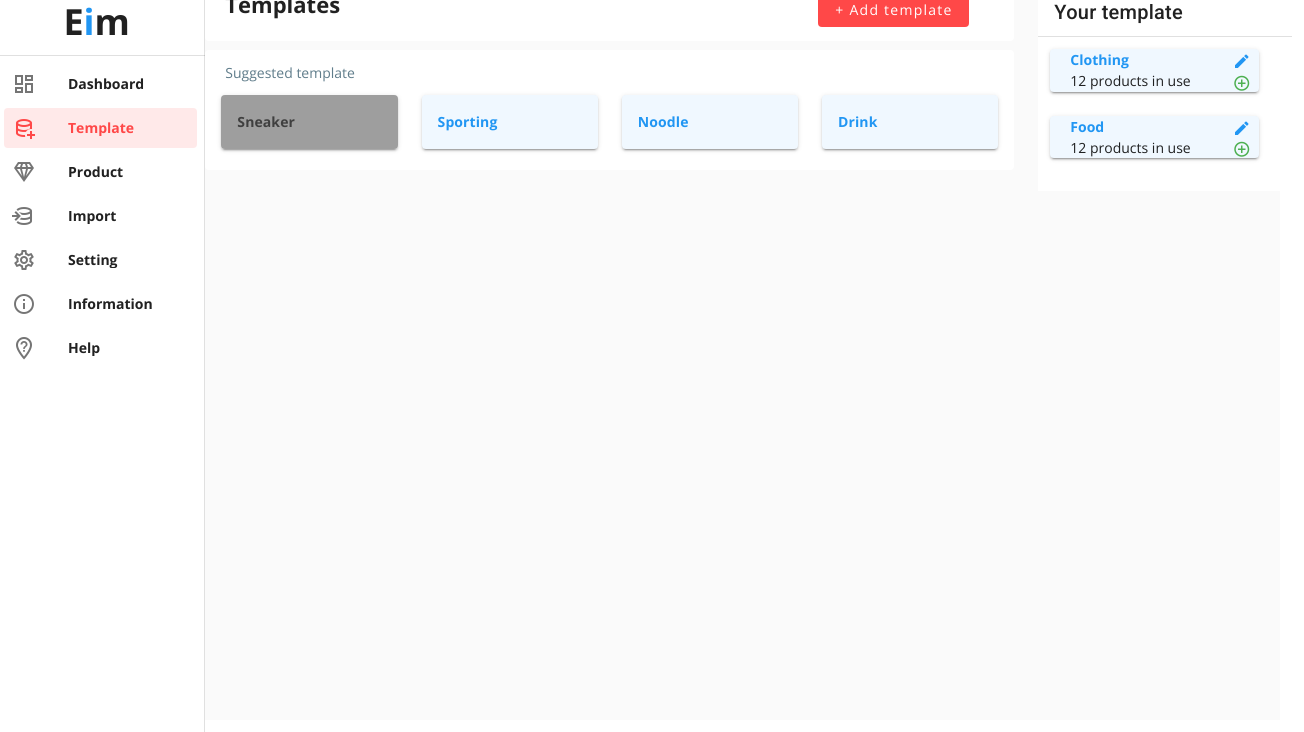
Repository: nguyenphuong152/pim-template
Page: /template
The author's editor kept a copy of each file at every save. The page is drawn from the files as they stood at one save, then again after the next save.
The browser window is 1280 px wide. The page is 1304 px wide, so the pictures cover 1304 px, including what lies to the right of the window. The pictures show the whole page.
The project was rebuilt for these pictures with package versions that can differ from the ones it lists, and the page was loaded fresh each time. Also part of the build but not shown: vue.config.js, src/views/Home.vue, src/components/Outcome_1/ListComponent.vue, src/components/Outcome_1/AddInfo.vue, src/components/Outcome_1/AddDetail.vue, src/components/Outcome_1/ListComponentProgressive.vue, src/components/Outcome_1/CreateRegion.vue, src/components/Outcome_1/SneakerTemplate.vue and 18 more.

Above is the page before, as saved 2021-01-18 23:01:43.

### public/index.html
<!DOCTYPE html>
<html lang="en">
  <head>
    <meta charset="utf-8" />
    <meta http-equiv="X-UA-Compatible" content="IE=edge" />
    <meta name="viewport" content="width=device-width,initial-scale=1.0" />
    <link rel="icon" href="<%= BASE_URL %>favicon.ico" />
    <link rel="preconnect" href="https://fonts.gstatic.com" />
    <link rel="preconnect" href="https://fonts.gstatic.com" />
    <link rel="preconnect" href="https://fonts.gstatic.com" />
    <link
      href="https://fonts.googleapis.com/css2?family=Open+Sans:wght@300;400;600;700;800&display=swap"
      rel="stylesheet"
    />
    <link
      href="https://fonts.googleapis.com/css?family=Montserrat:300,400,500,600,700"
      rel="stylesheet"
    />
    <title><%= htmlWebpackPlugin.options.title %></title>
    <link
      rel="stylesheet"
      href="https://fonts.googleapis.com/css?family=Roboto:100,300,400,500,700,900"
    />
    <link
      rel="stylesheet"
      href="https://cdn.jsdelivr.net/npm/@mdi/font@latest/css/materialdesignicons.min.css"
    />
  </head>
  <body>
    <noscript>
      <strong
        >We're sorry but <%= htmlWebpackPlugin.options.title %> doesn't work
        properly without JavaScript enabled. Please enable it to
        continue.</strong
      >
    </noscript>
    <div id="app"></div>
    <!-- built files will be auto injected -->
  </body>
</html>

### sass/style.scss
$font-primary: 'Open Sans',
sans-serif;

@import "~vuetify/src/styles/styles.sass";

$fontsize-content: 14px;
$fontsize-title: 24px;
$fontsize-logo:36px;
$fontsize-header:22px;
$fontsize-nav:20px;


#app {
  font-family: $font-primary;
   font-size:$fontsize-content;
  -webkit-font-smoothing: antialiased;
  -moz-osx-font-smoothing: grayscale;
  text-align: center;
  color: #2c3e50;
}

#nav {
  padding: 30px;
}

#nav a {
  font-weight: bold;
  color: #2c3e50;
}

#nav a.router-link-exact-active {
  color: #42b983;
}

.title {
  font: $font-primary !important;
  font-size: $fontsize-nav !important;
}

.logo {
  @extend .title;
  font-weight: 700 !important;
  font-size: $fontsize-logo !important;
}

.text-header {
  font: $font-primary !important;
  font-size: $fontsize-header !important;
  font-weight: 700;
}


.template-title {
  @extend .title;
  font-size: $fontsize-content !important;
}

### src/views/Outcome_1/CreateProductTemplate.vue
<template>
  <div>
    <v-row>
      <v-col height="100%"
        ><Search @showAddTemplate="showAddTemplate" />
        <br />
        <SuggestedTemplate @nameTemplate="getNameTemplate" :checkNull="name" />
        <br />
        <SneakerTemplate v-if="name === 'Sneaker'" />
        <SportingTemplate v-if="name === 'Sporting'" />
        <NoodleTemplate v-if="name === 'Noodle'" />
        <DrinkTemplate v-if="name === 'Drink'" />

        <CreateRegion v-if="this.show" />
      </v-col>
      <v-col cols="3" height="100%" class="hidden-xs-only">
        <YourTemplate :key="getKey" @showAddTemplate="showAddTemplate" />
      </v-col>
    </v-row>
  </div>
</template>

<script>
import Search from "../../components/Outcome_1/SearchTemplate";
import YourTemplate from "../../components/Outcome_1/YourTemplate";
import CreateRegion from "../../components/Outcome_1/CreateRegion";
import SuggestedTemplate from "../../components/Outcome_1/SuggestedTemplate";
import SneakerTemplate from "../../components/Outcome_1/SneakerTemplate";
import SportingTemplate from "../../components/Outcome_1/SportingTemplate";
import NoodleTemplate from "../../components/Outcome_1/NoodleTemplate";
import DrinkTemplate from "../../components/Outcome_1/DrinkTemplate";

export default {
  components: {
    Search,
    YourTemplate,
    CreateRegion,
    SuggestedTemplate,
    SneakerTemplate,
    SportingTemplate,
    NoodleTemplate,
    DrinkTemplate,
  },
  data() {
    return {
      show: false,
      name: "",
    };
  },
  methods: {
    showAddTemplate() {
      this.show = !this.show;
    },
    getNameTemplate(name) {
      this.name = name;
      this.show = !this.show;
    },
  },
  computed: {
    getKey() {
      console.log(this.$store.getters.key);
      return this.$store.getters.key;
    },
  },
};
</script>

### src/components/Outcome_1/SearchTemplate.vue
<template>
  <v-card class="text-start" height="65" flat>
    <v-row class="d-flex align-baseline">
      <v-col cols="9" class="text-header pl-8 " xs="4">Templates</v-col>
      <v-col class="px-0 hidden-xs-only">
        <v-btn
          depressed
          color="#FF4848"
          class="white--text text-none font-weight-medium"
          @click="showAddTemplate()"
        >
          + Add template</v-btn
        >
      </v-col>
      <v-col class="px-0 hidden-sm-and-up">
        <v-btn
          depressed
          text
          color="#FF4848"
          class="white--text text-none font-weight-medium"
          @click="showAddTemplate()"
          style="fontSize:28px"
        >
          +
        </v-btn>
      </v-col>
    </v-row>
  </v-card>
</template>

<script>
export default {
  methods: {
    showAddTemplate() {
      this.$store.dispatch("deleteListTemplate");
      this.$emit("showAddTemplate", true);
    },
  },
};
</script>

<style></style>

### src/components/Outcome_1/YourTemplate.vue
<template>
  <v-navigation-drawer permanent width="100%" right absolutes floating>
    <v-list-item>
      <v-list-item-content>
        <v-list-item-title class="title text-start">
          Your template
        </v-list-item-title>
      </v-list-item-content>
    </v-list-item>

    <v-divider></v-divider>

    <v-col v-for="(item, i) in items" :key="i" cols="11">
      <v-card color="#f0f8ff">
        <div class="d-flex flex-no-wrap justify-space-between">
          <div>
            <v-row>
              <v-col class="text-start pl-8">
                <span class="template-title font-weight-bold blue--text">{{
                  item.name
                }}</span>
                <br />
                <span class="font-weight-thin">{{ item.products }}</span>
              </v-col>
              <v-col class="text-end" cols="1">
                <v-tooltip bottom>
                  <template v-slot:activator="{ on, attrs }">
                    <v-icon
                      color="blue"
                      size="18"
                      @click="showAddTemplate()"
                      v-bind="attrs"
                      v-on="on"
                      >mdi-pencil</v-icon
                    >
                  </template>
                  <span>Edit template</span>
                </v-tooltip>

                <br />
                <v-tooltip bottom>
                  <template v-slot:activator="{ on, attrs }">
                    <v-icon
                      color="green"
                      size="18"
                      v-bind="attrs"
                      v-on="on"
                      @click="addProduct(item.name)"
                      >mdi-plus-circle-outline</v-icon
                    >
                  </template>
                  <span>Use this template to add new product</span>
                </v-tooltip>
              </v-col>
            </v-row>
          </div>
        </div>
      </v-card>
    </v-col>
  </v-navigation-drawer>
</template>

<script>
export default {
  data: () => ({
    listTemplate: [],
    items: [
      {
        name: "Clothing",
        products: "12 products in use",
      },
      {
        name: "Food",
        products: "12 products in use",
      },
    ],
  }),
  methods: {
    showAddTemplate() {
      this.$emit("showAddTemplate", true);
    },
    addProduct(text) {
      this.$router.push({
        name: "AddProduct",
        params: { name: text },
      });
    },
  },
  computed: {},
  created() {
    this.listTemplate = this.$store.getters.listTemplate;
    for (var i = 0; i < this.listTemplate.length; i++) {
      var element = {};
      element.name = this.listTemplate[i].name;
      element.products = "Add new product !";
      this.items.unshift(element);
    }
  },
};
</script>

### src/components/Outcome_1/SuggestedTemplate.vue
<template>
  <v-card class="text-start" :height="setHeight" flat>
    <v-row class="d-flex align-baseline">
      <v-col cols="7" class="pl-8 blue-grey--text">Suggested template</v-col>
      <v-col class="hidden-md-and-up px-0">
        <v-dialog v-model="dialog4" max-width="270px">
          <template v-slot:activator="{ on, attrs }">
            <v-icon color="blue" v-bind="attrs" v-on="on"
              >mdi-chevron-double-right</v-icon
            >
          </template>
          <v-card height="100%">
            <v-card-title style="fontSize:18px">
              Suggested Templates
              <v-spacer></v-spacer>
              <v-icon color="red" @click="dialog4 = false"
                >mdi-window-close</v-icon
              >
            </v-card-title>
            <v-divider></v-divider>
            <v-card-text style="height:500px;">
              <v-col>
                <v-card color="#f0f8ff" @click="check(name1)" width="200">
                  <v-card-text class="blue--text font-weight-bold">
                    {{ name1 }}
                  </v-card-text>
                </v-card>
                <v-dialog v-model="dialog" max-width="450">
                  <v-card>
                    <v-card-title class="text-start">
                      Your work can be lost!
                    </v-card-title>
                    <v-card-text class="text-start"
                      >Do you want to keep this draft?</v-card-text
                    >
                    <v-card-actions>
                      <v-spacer></v-spacer>
                      <v-btn
                        color="#EEEEEE"
                        @click="
                          dialog = false;
                          seeDetailReset(name1);
                        "
                        style="text-transform:none"
                        class="blue-grey--text"
                        elevation="0"
                      >
                        Discard
                      </v-btn>
                      <v-btn
                        color="blue"
                        elevation="0"
                        @click="
                          dialog = false;
                          seeDetail(name1);
                        "
                        class="white--text"
                        style="text-transform:none"
                      >
                        Keep
                      </v-btn>
                    </v-card-actions>
                  </v-card>
                </v-dialog>
              </v-col>
              <v-col>
                <v-card color="#f0f8ff" @click="check(name2)" width="200">
                  <v-card-text class="blue--text font-weight-bold">
                    {{ name2 }}
                  </v-card-text>
                </v-card>
                <v-dialog v-model="dialog1" max-width="450">
                  <v-card>
                    <v-card-title class="text-start">
                      Your work can be lost!
                    </v-card-title>
                    <v-card-text class="text-start"
                      >Do you want to keep this draft?</v-card-text
                    >
                    <v-card-actions>
                      <v-spacer></v-spacer>
                      <v-btn
                        color="#EEEEEE"
                        @click="
                          dialog1 = false;
                          seeDetailReset(name2);
                        "
                        style="text-transform:none"
                        class="blue-grey--text"
                        elevation="0"
                      >
                        Discard
                      </v-btn>
                      <v-btn
                        color="blue"
                        elevation="0"
                        @click="
                          dialog1 = false;
                          seeDetail(name2);
                        "
                        class="white--text"
                        style="text-transform:none"
                      >
                        Keep
                      </v-btn>
                    </v-card-actions>
                  </v-card>
                </v-dialog>
              </v-col>
              <v-col>
                <v-card color="#f0f8ff" @click="check(name3)" width="200">
                  <v-card-text class="blue--text font-weight-bold">
                    {{ name3 }}
                  </v-card-text>
                </v-card>
                <v-dialog v-model="dialog2" max-width="450">
                  <v-card>
                    <v-card-title class="text-start">
                      Your work can be lost!
                    </v-card-title>
                    <v-card-text class="text-start"
                      >Do you want to keep this draft?</v-card-text
                    >
                    <v-card-actions>
                      <v-spacer></v-spacer>
                      <v-btn
                        color="#EEEEEE"
                        @click="dialog2 = false"
                        style="text-transform:none"
                        class="blue-grey--text"
                        elevation="0"
                      >
                        Discard
                      </v-btn>
                      <v-btn
                        color="blue"
                        elevation="0"
                        @click="
                          dialog2 = false;
                          seeDetail(name3);
                        "
                        class="white--text"
                        style="text-transform:none"
                      >
                        Keep
                      </v-btn>
                    </v-card-actions>
                  </v-card>
                </v-dialog>
              </v-col>
              <v-col>
                <v-card color="#f0f8ff" @click="check(name4)" width="200">
                  <v-card-text class="blue--text font-weight-bold">
                    {{ name4 }}
                  </v-card-text>
                </v-card>
                <v-dialog v-model="dialog3" max-width="450">
                  <v-card>
                    <v-card-title class="text-start">
                      Your work can be lost!
                    </v-card-title>
                    <v-card-text class="text-start"
                      >Do you want to keep this draft?</v-card-text
                    >
                    <v-card-actions>
                      <v-spacer></v-spacer>
                      <v-btn
                        color="#EEEEEE"
                        @click="
                          dialog3 = false;
                          seeDetailReset(name4);
                        "
                        style="text-transform:none"
                        class="blue-grey--text"
                        elevation="0"
                      >
                        Discard
                      </v-btn>
                      <v-btn
                        color="blue"
                        elevation="0"
                        @click="
                          dialog3 = false;
                          seeDetail(name4);
                        "
                        class="white--text"
                        style="text-transform:none"
                      >
                        Keep
                      </v-btn>
                    </v-card-actions>
                  </v-card>
                </v-dialog>
              </v-col></v-card-text
            >
          </v-card>
        </v-dialog>
      </v-col>
      <v-row class="mx-4 hidden-sm-and-down">
        <v-col cols="3">
          <v-card color="#FAFAFA" @click="check(name1)" width="200">
            <v-card-text class="grey lighten-5--text font-weight-bold">
              {{ name1 }}
            </v-card-text>
          </v-card>
          <v-dialog v-model="dialog" max-width="450">
            <v-card>
              <v-card-title class="text-start">
                Your work can be lost!
              </v-card-title>
              <v-card-text class="text-start"
                >Do you want to keep this draft?</v-card-text
              >
              <v-card-actions>
                <v-spacer></v-spacer>
                <v-btn
                  color="#EEEEEE"
                  @click="
                    dialog = false;
                    seeDetailReset(name1);
                  "
                  style="text-transform:none"
                  class="blue-grey--text"
                  elevation="0"
                >
                  Discard
                </v-btn>
                <v-btn
                  color="blue"
                  elevation="0"
                  @click="
                    dialog = false;
                    seeDetail(name1);
                  "
                  class="white--text"
                  style="text-transform:none"
                >
                  Keep
                </v-btn>
              </v-card-actions>
            </v-card>
          </v-dialog>
        </v-col>
        <v-col cols="3">
          <v-card color="#f0f8ff" @click="check(name2)" width="200">
            <v-card-text class="blue--text font-weight-bold">
              {{ name2 }}
            </v-card-text>
          </v-card>
          <v-dialog v-model="dialog1" max-width="450">
            <v-card>
              <v-card-title class="text-start">
                Your work can be lost!
              </v-card-title>
              <v-card-text class="text-start"
                >Do you want to keep this draft?</v-card-text
              >
              <v-card-actions>
                <v-spacer></v-spacer>
                <v-btn
                  color="#EEEEEE"
                  @click="
                    dialog1 = false;
                    seeDetailReset(name2);
                  "
                  style="text-transform:none"
                  class="blue-grey--text"
                  elevation="0"
                >
                  Discard
                </v-btn>
                <v-btn
                  color="blue"
                  elevation="0"
                  @click="
                    dialog1 = false;
                    seeDetail(name2);
                  "
                  class="white--text"
                  style="text-transform:none"
                >
                  Keep
                </v-btn>
              </v-card-actions>
            </v-card>
          </v-dialog>
        </v-col>
        <v-col cols="3">
          <v-card color="#f0f8ff" @click="check(name3)" width="200">
            <v-card-text class="blue--text font-weight-bold">
              {{ name3 }}
            </v-card-text>
          </v-card>
          <v-dialog v-model="dialog2" max-width="450">
            <v-card>
              <v-card-title class="text-start">
                Your work can be lost!
              </v-card-title>
              <v-card-text class="text-start"
                >Do you want to keep this draft?</v-card-text
              >
              <v-card-actions>
                <v-spacer></v-spacer>
                <v-btn
                  color="#EEEEEE"
                  @click="
                    dialog2 = false;
                    seeDetailReset(name3);
                  "
                  style="text-transform:none"
                  class="blue-grey--text"
                  elevation="0"
                >
                  Discard
                </v-btn>
                <v-btn
                  color="blue"
                  elevation="0"
                  @click="
                    dialog2 = false;
                    seeDetail(name3);
                  "
                  class="white--text"
                  style="text-transform:none"
                >
                  Keep
                </v-btn>
              </v-card-actions>
            </v-card>
          </v-dialog>
        </v-col>
        <v-col cols="3">
          <v-card color="#f0f8ff" @click="check(name4)" width="200">
            <v-card-text class="blue--text font-weight-bold">
              {{ name4 }}
            </v-card-text>
          </v-card>
          <v-dialog v-model="dialog3" max-width="450">
            <v-card>
              <v-card-title class="text-start">
                Your work can be lost!
              </v-card-title>
              <v-card-text class="text-start"
                >Do you want to keep this draft?</v-card-text
              >
              <v-card-actions>
                <v-spacer></v-spacer>
                <v-btn
                  color="#EEEEEE"
                  @click="
                    dialog3 = false;
                    seeDetailReset(name4);
                  "
                  style="text-transform:none"
                  class="blue-grey--text"
                  elevation="0"
                >
                  Discard
                </v-btn>
                <v-btn
                  color="blue"
                  elevation="0"
                  @click="
                    dialog3 = false;
                    seeDetail(name4);
                  "
                  class="white--text"
                  style="text-transform:none"
                >
                  Keep
                </v-btn>
              </v-card-actions>
            </v-card>
          </v-dialog>
        </v-col>
      </v-row>
    </v-row>
  </v-card>
</template>

<script>
export default {
  props: ["checkNull"],
  data() {
    return {
      dialog4: false,
      dialog: false,
      dialog1: false,
      dialog2: false,
      dialog3: false,
      name1: "Sneaker",
      name2: "Sporting",
      name3: "Noodle",
      name4: "Drink",
      show: false,
    };
  },
  methods: {
    seeDetail(name) {
      this.$emit("nameTemplate", name);
    },
    seeDetailReset(name) {
      this.$store.dispatch("deleteListTemplate").then(() => {
        this.$emit("nameTemplate", name);
      });
    },
    check(name1) {
      console.log(this.getListComponent);
      if (this.getListComponent == 0) {
        console.log("vo ne");
        this.dialog = false;
        this.seeDetail(name1);
      } else {
        console.log("vo");
        this.dialog = true;
      }
    },
  },
  computed: {
    getListComponent() {
      return this.$store.getters.listComponent.length;
    },
    setHeight() {
      if (
        this.$vuetify.breakpoint.name === "xs" ||
        this.$vuetify.breakpoint.name === "sm"
      ) {
        return 50;
      } else return 120;
    },
  },
};
</script>

<style></style>

Loaded but not shown: src/plugins/vuetify.js (common file); src/store/mutations.js (113 lines, source omitted); src/store/actions.js (75 lines, source omitted); src/router/index.js (66 lines, source omitted); src/store/getters.js (38 lines, source omitted); src/main.js (17 lines, source omitted); src/store/state.js (18 lines, source omitted); src/store/index.js (16 lines, source omitted); src/App.vue (108 lines, source omitted)

After the next save:
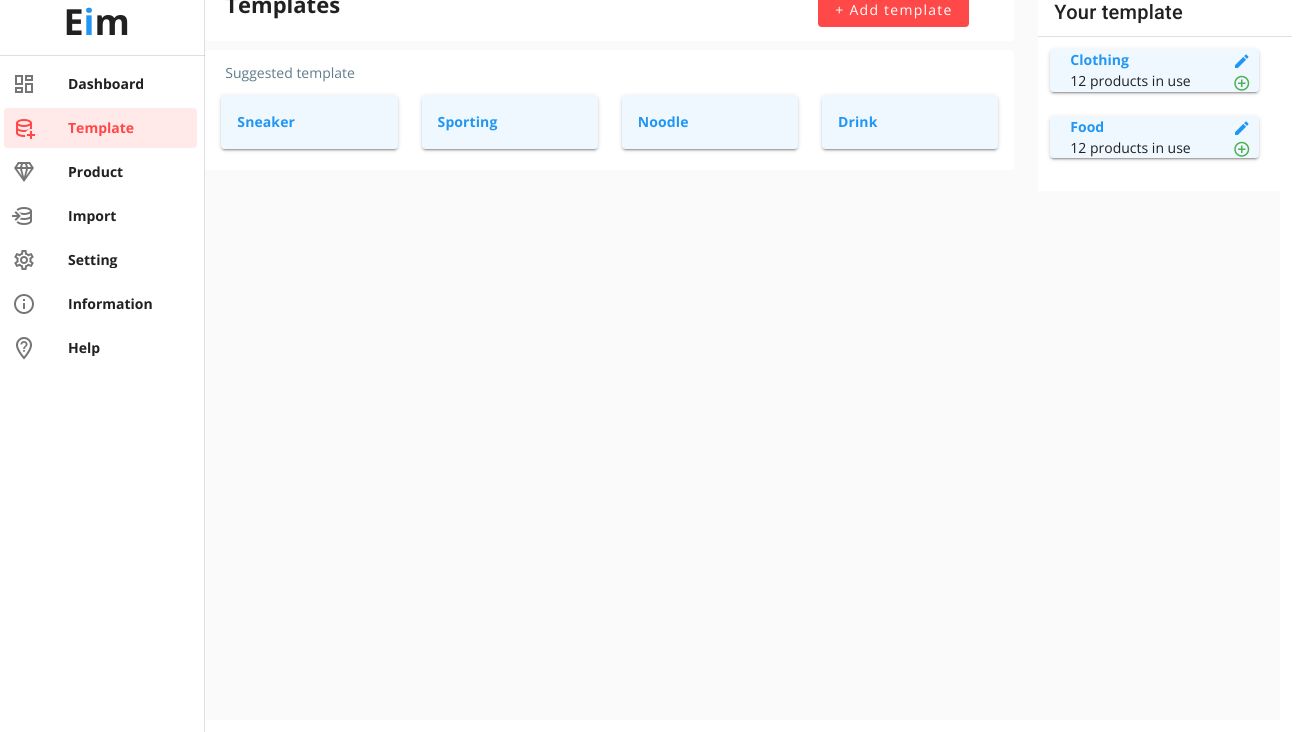
Saved 44 s later.
--- a/src/components/Outcome_1/SuggestedTemplate.vue
+++ b/src/components/Outcome_1/SuggestedTemplate.vue
@@ -198,8 +198,8 @@
       </v-col>
       <v-row class="mx-4 hidden-sm-and-down">
         <v-col cols="3">
-          <v-card color="#FAFAFA" @click="check(name1)" width="200">
-            <v-card-text class="grey lighten-5--text font-weight-bold">
+          <v-card color="#f0f8ff" @click="check(name1)" width="200">
+            <v-card-text class="blue--text font-weight-bold">
               {{ name1 }}
             </v-card-text>
           </v-card>
